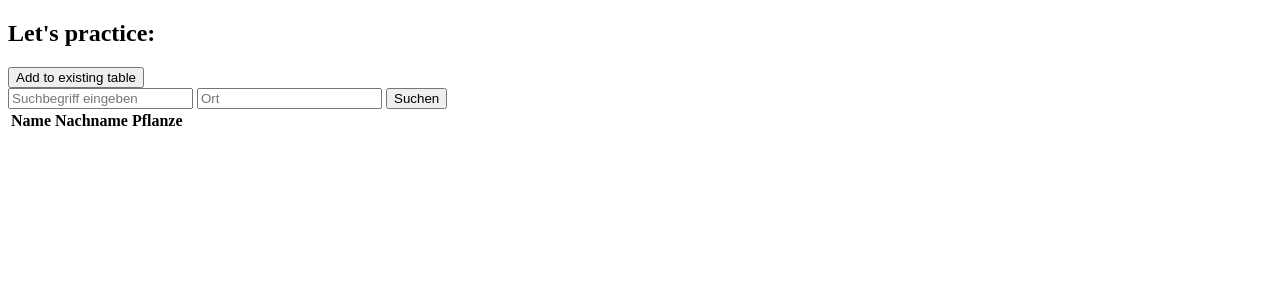
Repository: Carlson43/PlantsForFriends
Page: Tests/Datenverbindung/Aufgabe1.html
The author's editor kept a copy of each file at every save. The page is drawn from the files as they stood at one save, then again after the next save.
The browser window is 1280 px wide. The pictures show the whole page.
The page's requests for data from a server got no answer. Some web libraries are served in a nearby version.

Above is the page before, as saved 2021-12-23 20:13:16.

After the next save:
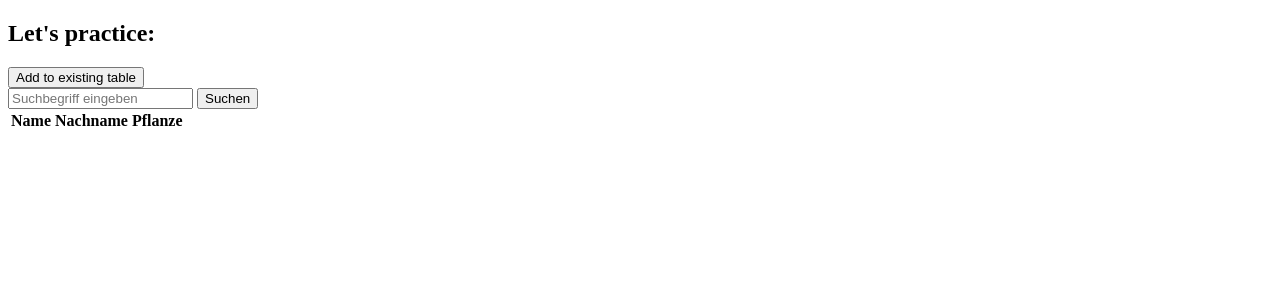
Saved 34 s later.
--- a/Tests/Datenverbindung/Aufgabe1.html
+++ b/Tests/Datenverbindung/Aufgabe1.html
@@ -17,7 +17,6 @@
   <div class="container-md">
     <div class="input-group">
       <input type="text" placeholder="Suchbegriff eingeben" aria-label="search_term" id="search_term" class="form-control">
-      <input type="text" placeholder="Ort" aria-label="search_loc" id="search_loc" class="form-control">
       <button onclick= "search_and_display();" class="btn btn-success" type="button" id="search_btn">Suchen</button>
     </div>
 </div>
